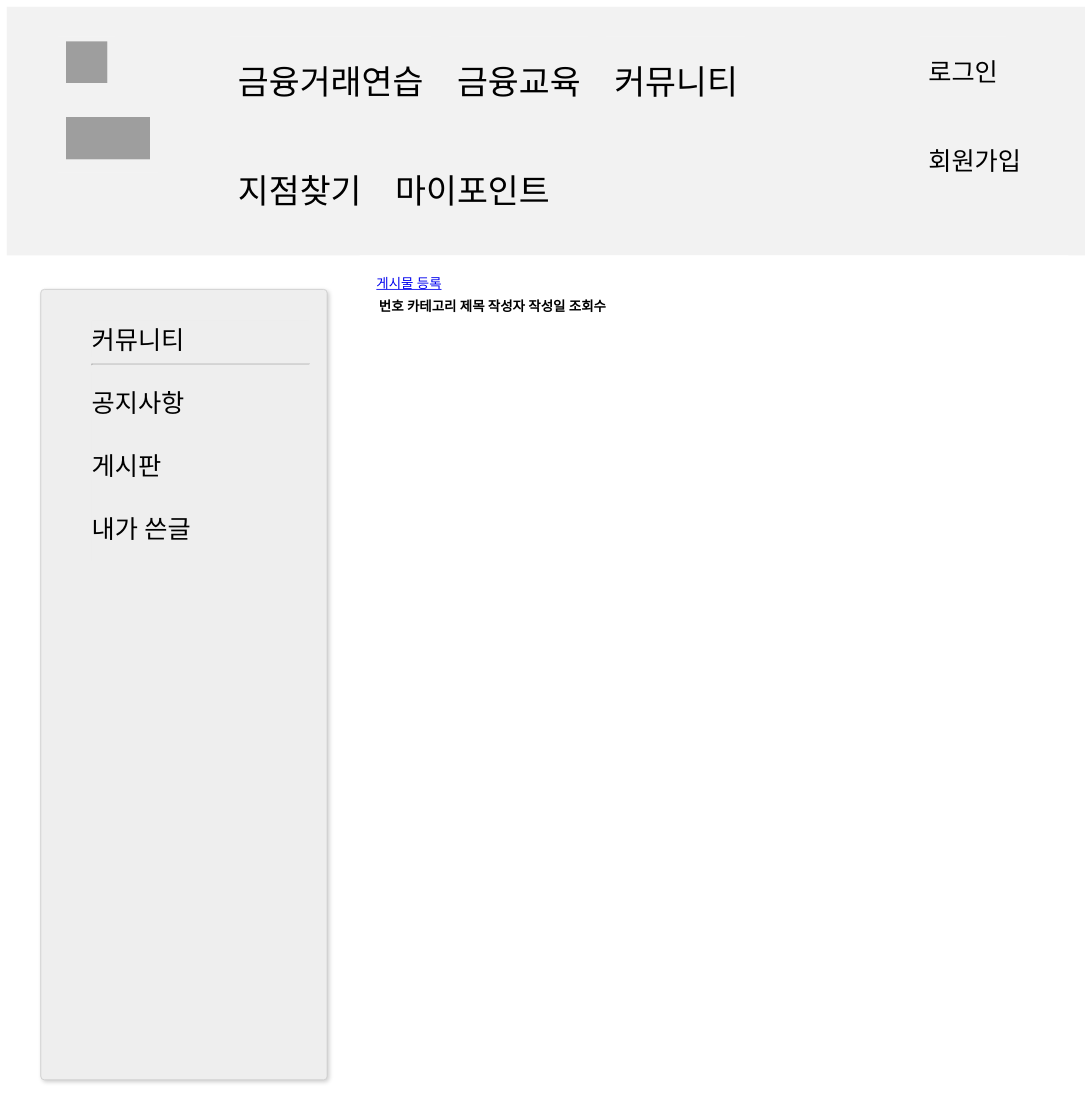
Repository: syc98syc/KB04_TeamProject
Page: http://localhost/jgig/WEB-INF/jsp/board/list.jsp
The author's editor kept a copy of each file at every save. The page is drawn from the files as they stood at one save, then again after the next save.
The browser window is 1280 px wide. The page is 1292 px wide, so the pictures cover 1292 px, including what lies to the right of the window. The pictures show the whole page, at 84% of full size.
Pictures or frames that could not be fetched are drawn as grey boxes. Some web fonts or font styles are not loaded; a fallback is used. The page is served by Tomcat 9. Nobody is signed in. Other server files are loaded and not shown. The template is opened directly, without the code that normally fills it, so the values that code supplies are empty.

Above is the page before, as saved 2023-09-06 06:03:16.

### jgig/src/main/webapp/WEB-INF/jsp/board/list.jsp
<%@ page language="java" contentType="text/html; charset=UTF-8"
    pageEncoding="UTF-8"%>
<%@ taglib uri="http://java.sun.com/jsp/jstl/core" prefix="c" %>
<!DOCTYPE html>
<html>
<head>
<meta charset="UTF-8">
<title>웹게시물 목록</title>
<style>
#content {
 	margin-left: 420px; /* 사이드바 너비 + 여백만큼 오른쪽으로 밀어줍니다. */
    flex-grow: 1; /* 남은 공간을 모두 차지하도록 설정 */
    background-color: #fff; /* 배경색 설정 */
    padding: 20px; /* 내부 여백 설정 */
}
</style>
</head>
<body>
<%@ include file="../include/top_navbar.jsp" %>
<%@ include file="../include/left_navbar.jsp" %>
<div id="content">
	<a href="/board_insert_form">게시물 등록</a> <br>
	<table>
		<tr>
		<th>번호</th>
		<th>카테고리</th>
		<th>제목</th>
		<th>작성자</th>
		<th>작성일</th>
		<th>조회수</th>
		<c:forEach items="${board_list}" var="brd">
		<tr>
			<td>${brd.brd_id }</td>
			<td>${brd.brd_category }</td>
			<td><a href="board_detail?no=${brd.brd_id}">${brd.title}</a></td>
			<td>${brd.mem_id }</td>
			<td>${brd.brd_date_created }</td>
			<td>${brd.brd_view }</td>
		</tr>
		</c:forEach>
	</table>
</div>
</body>
</html>

### jgig/src/main/webapp/WEB-INF/jsp/include/top_navbar.jsp
<%@ page language="java" contentType="text/html; charset=UTF-8"
    pageEncoding="UTF-8"%>
<!DOCTYPE html>
<html>
<head>
<meta charset="UTF-8">
<title>Insert title here</title>
<style>
@import url('https://fonts.googleapis.com/css2?family=Nanum+Gothic+Coding:wght@700&display=swap');  /* 글꼴 */

/* 상단 메뉴 스타일 */
        #top-menu {
            background-color: #F2F2F2;
            color: #fff;
            padding: 10px;
            width: 100%;
             display: flex;
  justify-content: center;
        }


    #img1 {
		width: 7vmin;
		height: 7vmin;
	}


	#img2 {
		width: 14vmin;
		height: 7vmin;
	}

	#top-menu a {
    color: #000; /* 링크 글꼴 색상 설정 */
    text-decoration: none; /* 링크 밑줄 제거 */
}

	#top-menu ul{
		list-style: none;
	}
	#top-menu li{
		font-family: 'Nanum Gothic Coding', cursive;
		float: left;
		background: #F2F2F2;
		padding:5px 10px;
		font-size: 40px;
		margin: 10px;
	}

	#top-menu ul li a{
		line-height: 2.5;
	}

	#nav3 ul li{
		font-size:30px;
	}
</style>
</head>
<body>
	<div id = "top-menu">
		<nav id = "nav1">
				<ul>
					<li><img id="img1" src="resources/img/KB.png"></li>
					<li><img id="img2" src="resources/img/지금입금.png"></li>
				</ul>
		</nav id = "nav2">
		<nav>
				<ul>
					<li class="menu1"><a href="#">금융거래연습</a></li>
					<li class="menu2"><a href="#">금융교육</a></li>
					<li class="menu3"><a href="#">커뮤니티</a></li>
					<li class="menu4"><a href="#">지점찾기</a></li>
					<li class="menu5"><a href="#">마이포인트</a></li>
				</ul>
		</nav>
		<nav id = "nav3">
				<ul>
					<li class="menu6"><a href="#">로그인</a></li>
					<li class="menu7"><a href="#">회원가입</a></li>
				</ul>
		</nav>
	</div>

</body>
</html>

### jgig/src/main/webapp/WEB-INF/jsp/include/left_navbar.jsp
<%@ page language="java" contentType="text/html; charset=UTF-8"
    pageEncoding="UTF-8"%>
<!DOCTYPE html>
<html>
<head>
<meta charset="UTF-8">
<title>Insert title here</title>
<style>

@import url('https://fonts.googleapis.com/css2?family=Nanum+Gothic+Coding:wght@700&display=swap');  /* 글꼴 */
/* 좌측 사이드바 스타일 */
#sidebar {
    width: 300px; /* 박스 컨테이너의 너비 설정 */
    height: 900px; /* 박스 컨테이너의 높이 설정 */
    background-color: #eee; /* 배경색 설정 */
    color: #000; /* 글꼴 색상 설정 */
    padding: 20px; /* 내부 여백 설정 */
    border: 1px solid #ccc; /* 박스 컨테이너의 테두리 설정 */
    border-radius: 5px; /* 박스 컨테이너의 모서리를 둥글게 설정 */
    box-shadow: 2px 2px 5px rgba(0, 0, 0, 0.2); /* 그림자 효과 추가 */
    line-height: normal;
    display: inline-block;
    vertical-align: middle;
    margin: 40px;
    float: left; /*왼쪽에 떠있게*/
}

/* 좌측 사이드바 링크 스타일 */
#sidebar a {
    color: #000; /* 링크 글꼴 색상 설정 */
    text-decoration: none; /* 링크 밑줄 제거 */
}

/* 좌측 사이드바 링크 호버 스타일 */
#sidebar a:hover {
    text-decoration: underline; /* 호버 상태에서 밑줄 추가 */
}

/* 좌측 사이드바 제목 스타일 */
#sidebar
	ul{
		list-style: none;
	}
	li{
		font-family: 'Nanum Gothic Coding', cursive;
		display: block; /* 각 <li> 요소를 한 줄에 하나씩 표시 */
		background: #eee;
		font-size: 30px;
	}

	#sidebar ul li a{
		line-height: 2.5;
	}

</style>
</head>
<body>
	<div id = "sidebar">
		<nav>
				<ul>
					<li>커뮤니티</li> <hr>
					<li class="menu1"><a href="#">공지사항</a></li>
					<li class="menu2"><a href="#">게시판</a></li>
					<li class="menu3"><a href="#">내가 쓴글</a></li>
				</ul>
		</nav>
	</div>

</body>
</html>

After the next save:
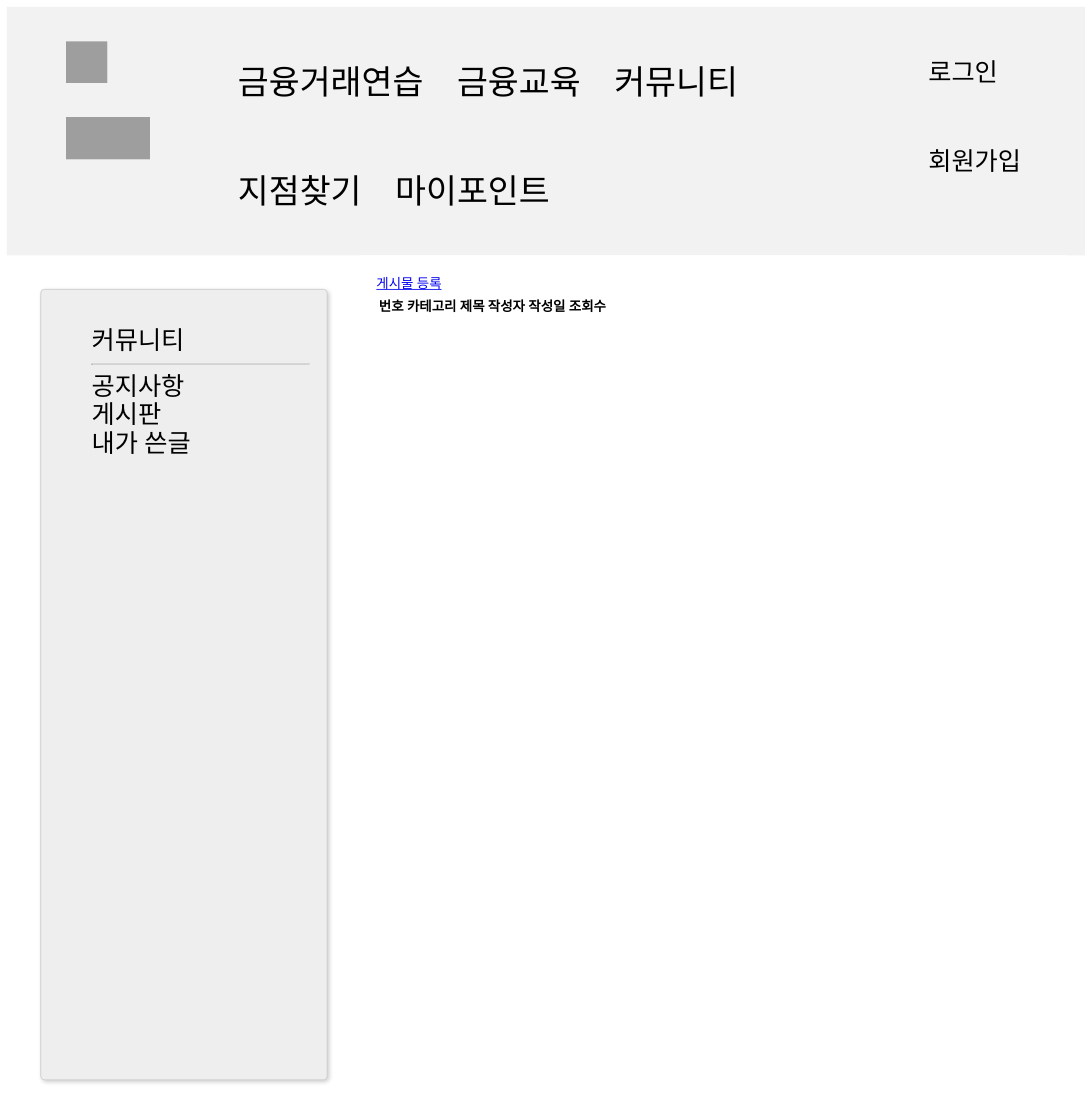
Saved 14 s later.
--- a/jgig/src/main/webapp/WEB-INF/jsp/include/left_navbar.jsp
+++ b/jgig/src/main/webapp/WEB-INF/jsp/include/left_navbar.jsp
@@ -49,7 +49,7 @@
 	}
 
 	#sidebar ul li a{
-		line-height: 2.5;
+		line-height: 1;
 	}
 
 </style>
